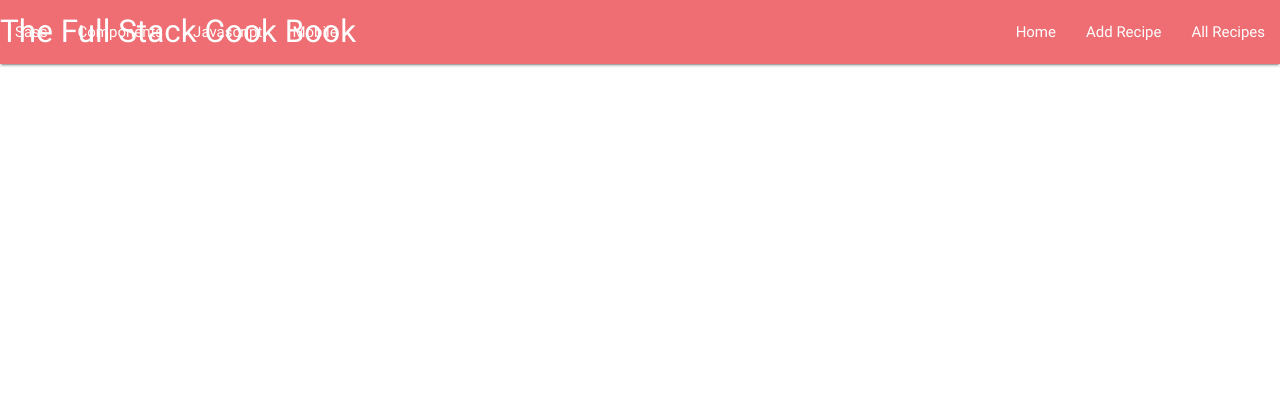
Repository: nakitamccool/francisillingworth-milestone-project-3
Page: http://localhost/index
The author's editor kept a record of every edit. The page is drawn from the files as they stood at one moment, then again after the next edit.
The browser window is 1280 px wide. The pictures show the whole page.
The page is served by the project's application, run on Flask 3 (app.py).

Above is the page before.

After the next edit:
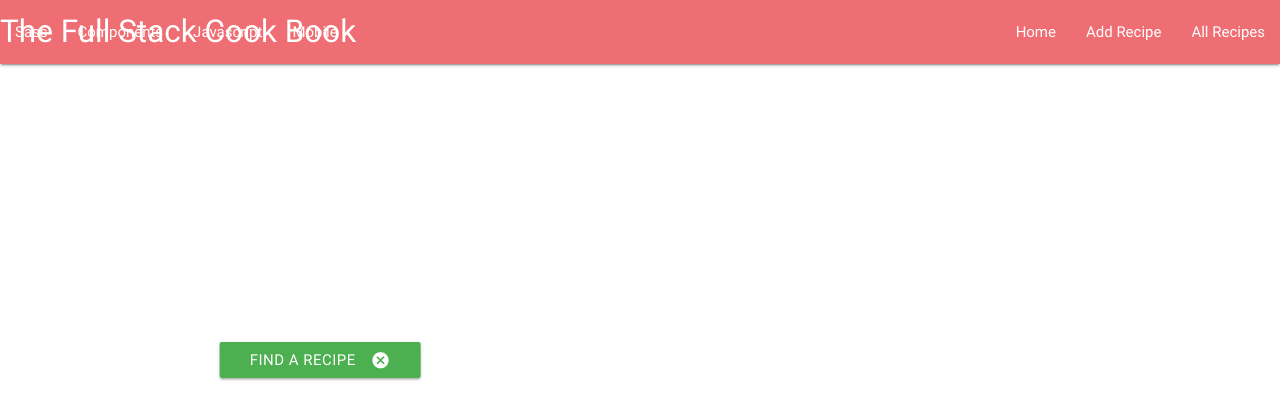
The edit:
--- a/templates/index.html
+++ b/templates/index.html
@@ -3,6 +3,7 @@
 
 
     <div class="split left">
+        <div class="centered">
     <a href="{{ url_for('get_recipes') }}" class="waves-effect waves-light btn green">
                 <i class="material-icons right">cancel</i>Find a Recipe
             </a>
